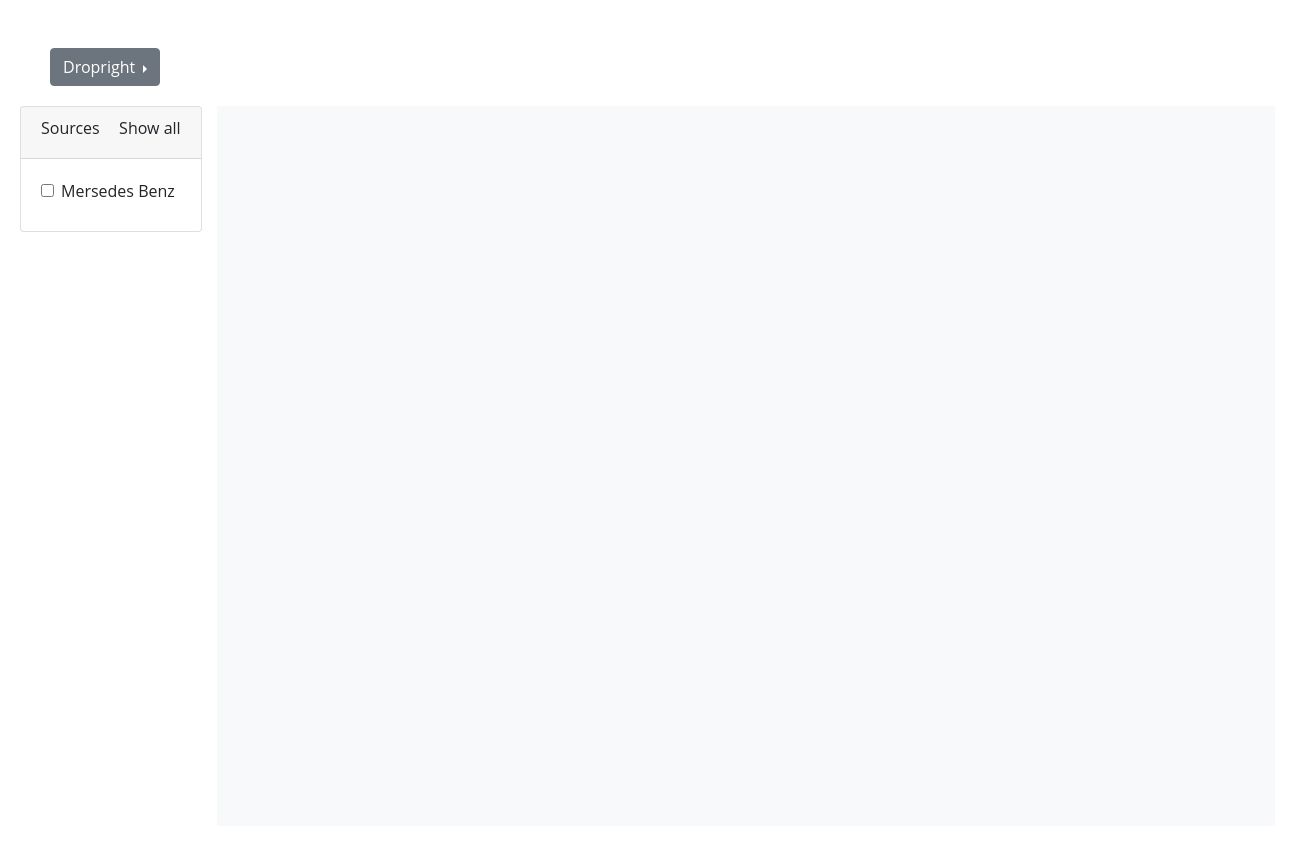
Repository: tts2610/GoogleNews
Page: index.html
An editor plug-in stored every save of this project. The page is shown before and after the next save, followed by the edit.
The browser window is 1280 px wide. The page is 1295 px wide, so the pictures cover 1295 px, including what lies to the right of the window. The pictures show the whole page.
The page's requests for data from a server got no answer. Some web libraries are served in a nearby version.

Above is the page before, as saved 2020-05-21 01:24:04.

After the next save:
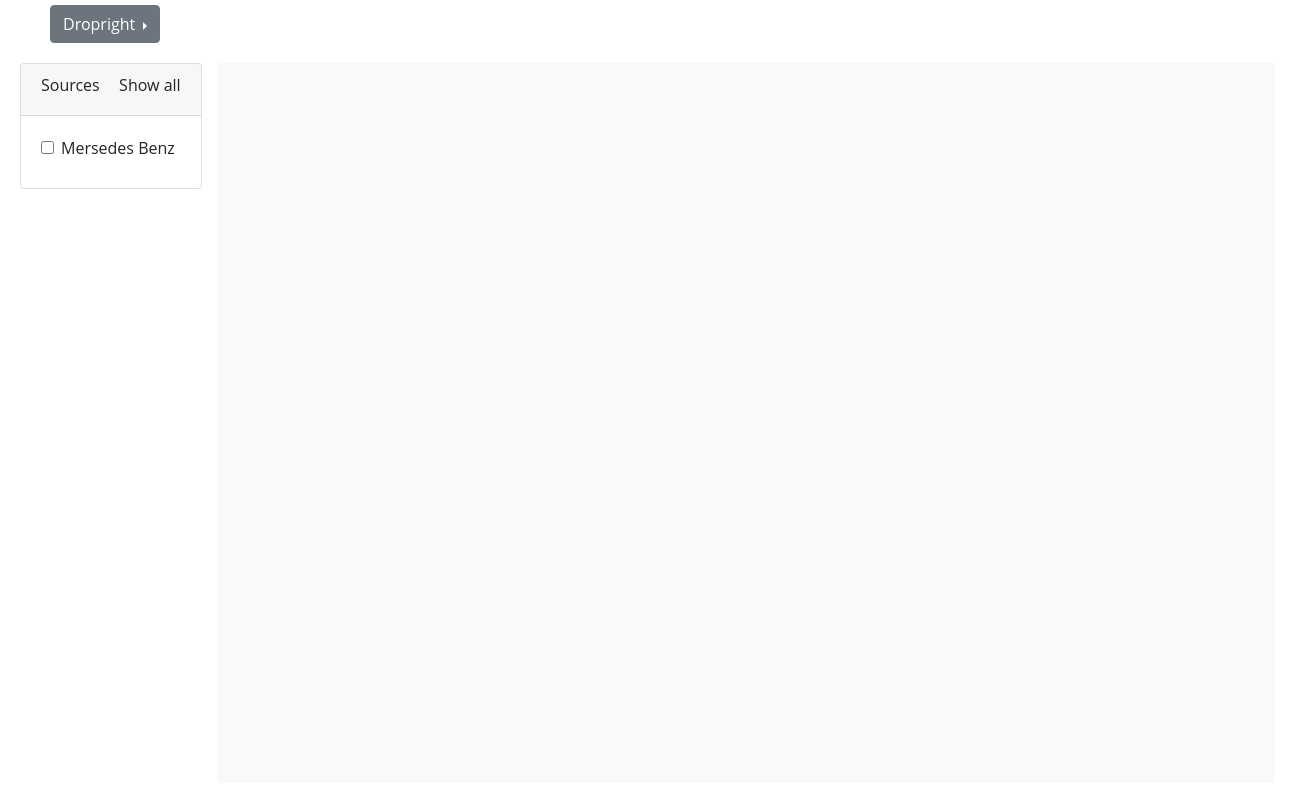
Saved 11 s later.
--- a/index.html
+++ b/index.html
@@ -25,7 +25,7 @@
 
 <body>
     <div class="myContainer">
-        <div class="btn-group dropright mt-5" style="margin-left: -450px;">
+        <div class="btn-group dropright" style="margin-left: -450px; margin-top: 5px;">
             <button type="button" class="btn btn-secondary dropdown-toggle" data-toggle="dropdown" aria-haspopup="true" aria-expanded="false">
               Dropright
             </button>
